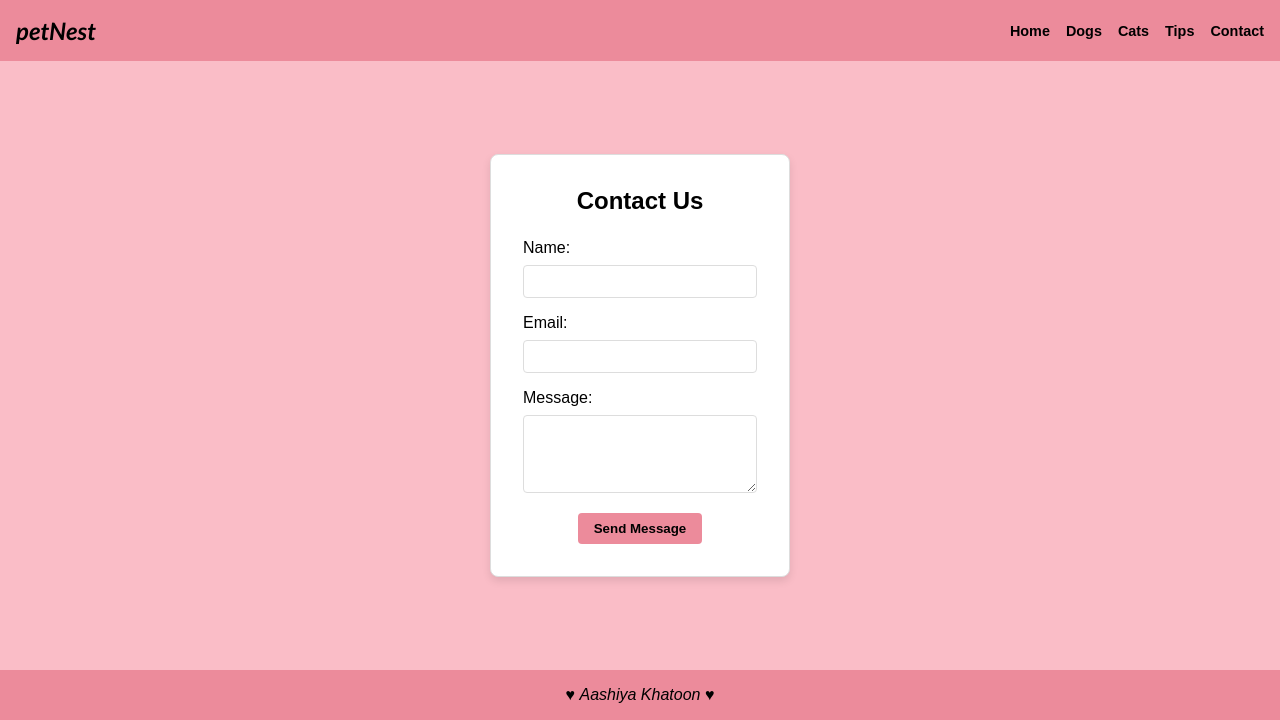
Repository: SHAHZADcodr/pet_care
Page: pages/contact.html
These files come from the project's save history. The page is drawn as it stood at one moment and after a run of saves; the edit follows.
The browser window is 1280 px wide. The pictures show the whole page.

Above is the page before, as saved 2024-11-04 23:39:11.

### pages/contact.html
<!DOCTYPE html>
<html lang="en">
<head>
    <meta charset="UTF-8">
    <meta name="viewport" content="width=device-width, initial-scale=1.0">
    <title>Contact Us</title>
    <link rel="stylesheet" href="contact.css"> <!-- Link to your CSS file -->
</head>
<body>
    <header>
        <nav>
     <h1 id="webName"><i><strong>petNest</strong></i></h1>
     <ul id="nav-links">
         <li><a href="../index.html">Home</a></li>
         <li><a href="dog.html">Dogs</a></li>
         <li><a href="cat.html">Cats</a></li>
         <li><a href="tips.html">Tips</a></li>
         <li><a href="contact.html" id="you">Contact</a></li>
     </ul>
 </nav>
    </header>
    <main class="contact-page">
        <div class="contact-card">
            <h2>Contact Us</h2>
            <form id="contact-form">
                <div class="form-group">
                    <label for="name">Name:</label>
                    <input type="text" id="name" name="name" required>
                </div>
                <div class="form-group">
                    <label for="email">Email:</label>
                    <input type="email" id="email" name="email" required>
                </div>
                <div class="form-group">
                    <label for="message">Message:</label>
                    <textarea id="message" name="message" rows="4" required></textarea>
                </div>
                <button type="submit">Send Message</button>
            </form>
        </div>
    </main>
    <footer>
        <p>&hearts; <i>Aashiya Khatoon</i> &hearts;</p>
    </footer>
</body>
</html>

### pages/contact.css
/* General Reset */
* {
    margin: 0;
    padding: 0;
    box-sizing: border-box;
}
:root{
    --bg-background-color:rgb(236, 139, 155);
    --bg--body-color:rgb(250, 189, 199);
}
/* Basic Layout */
body {
    font-family: Arial, sans-serif;
    display: flex;
    flex-direction: column;
    min-height: 100vh; /* Ensures body takes full height of the viewport */
    background-color:var(--bg--body-color);
    cursor:url(/images/cursor.svg)3 3,auto;
}

header {
    background-color:var(--bg-background-color);
    padding: 1rem;
    color: black;;
}

nav {
    display: flex;
    justify-content: space-between;
    align-items: center;
}

#nav-links {
    list-style-type: none;
    display: flex;
    gap: 1rem;
}

#nav-links a {
    color:black;
    text-decoration: none;
    font-size:0.9rem;
    font-weight: 600;
    transition:color 0.2s;
}
#nav-links a:hover{
    color:white!important;
}

/*Website name*/
#webName{
    font-family: 'Gill Sans', 'Gill Sans MT', Calibri, 'Trebuchet MS', sans-serif;
}
#webName:hover{
    color:aliceblue;
}


.contact-page {
    flex-grow: 1; /* Allows the main content to grow and push footer down */
    display: flex;
    justify-content: center;
    align-items: center;
}

.contact-card {
    background-color: #fff;
    border: 1px solid #ddd;
    border-radius: 8px;
    box-shadow: 0 4px 8px rgba(0, 0, 0, 0.1);
    padding: 2rem;
    width: 300px; /* Fixed width for contact card */
    text-align: center;
}

.contact-card h2 {
    margin-bottom: 1.5rem;
}

.form-group {
    margin-bottom: 1rem;
    text-align: left;
}

.form-group label {
    display: block;
    margin-bottom: 0.5rem;
}

.form-group input,
.form-group textarea {
    width: 100%;
    padding: 0.5rem;
    border: 1px solid #ddd;
    border-radius: 4px;
}

button {
    background-color:var(--bg-background-color);
    border: none;
    padding: 0.5rem 1rem;
    border-radius: 4px;
    cursor: pointer;
    font-weight: bold;
}

button:hover {
    background-color: #e0b800; /* Darken button on hover */
}

footer {
    background-color:var(--bg-background-color);
    text-align: center;
    padding: 1rem;
}

/* Responsive Design */
@media (max-width: 600px) {
    .contact-card {
        width: 90%; /* Full width on small screens */
    }
}

After the next 2 saves:
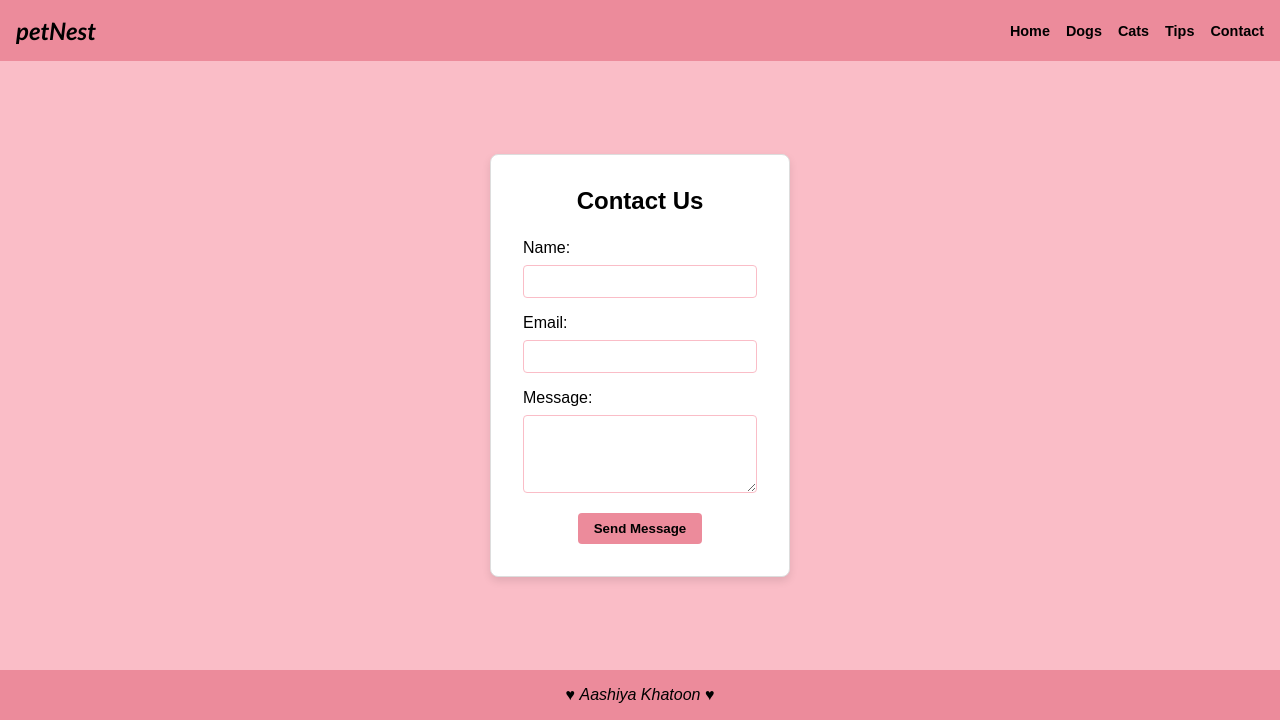
The 2 saves are shown as one change because they came seconds apart.
The last was saved 13 s later.
--- a/pages/contact.css
+++ b/pages/contact.css
@@ -91,7 +91,7 @@ nav {
 .form-group textarea {
     width: 100%;
     padding: 0.5rem;
-    border: 1px solid #ddd;
+    border: 1px solid var(--bg--body-color);
     border-radius: 4px;
 }
 
